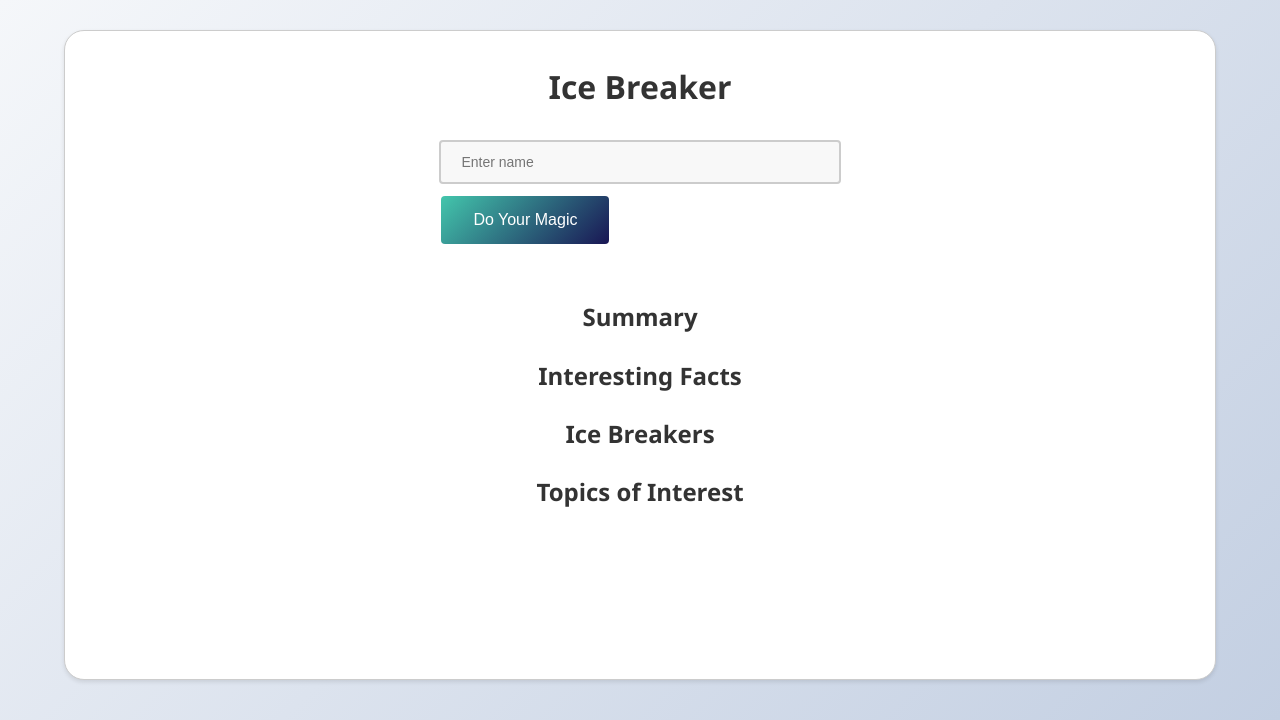
Repository: kunal02kb/Minor-Project-LangCahin
Page: http://localhost/
The author's editor kept a copy of each file at every save. The page is drawn from the files as they stood at one save, then again after the next save.
The browser window is 1280 px wide. The pictures show the whole page.
Some web libraries are served in a nearby version. The page is served by the project's application, run on Flask 3 (app.py).

Above is the page before, as saved 2023-09-27 08:30:08.

After the next save:
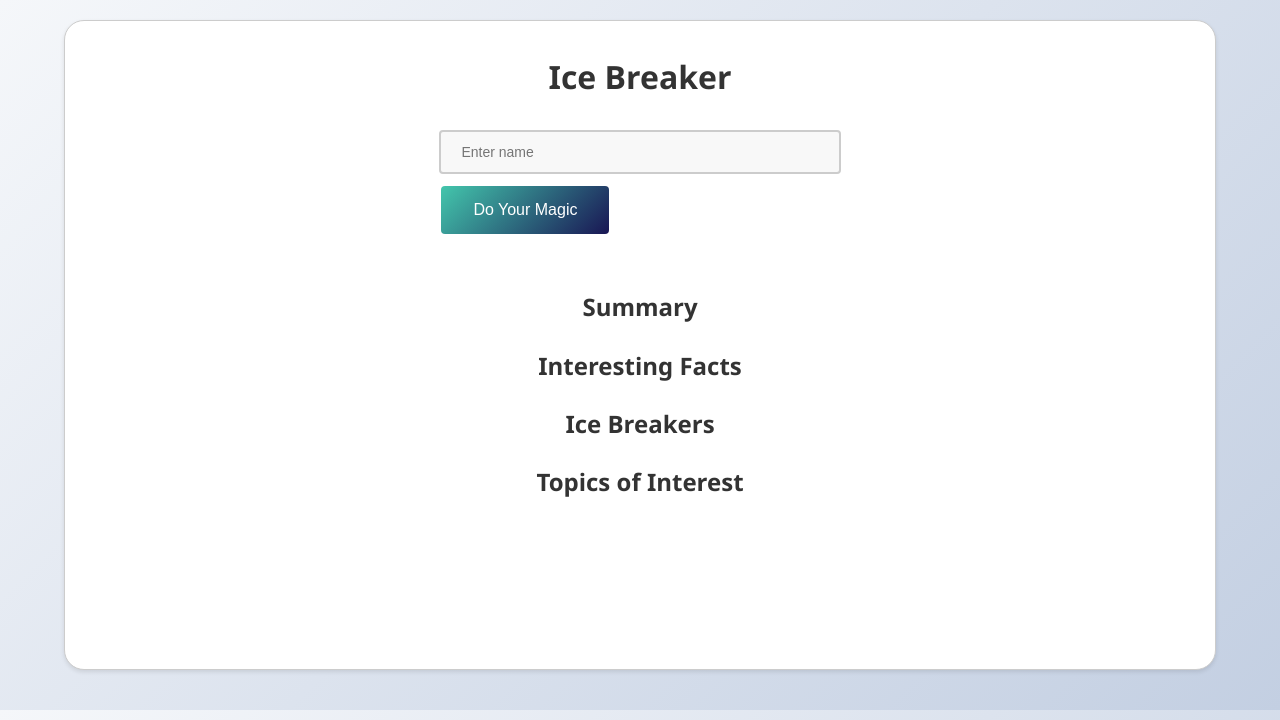
Saved 10 s later.
--- a/static/css/style.css
+++ b/static/css/style.css
@@ -17,7 +17,7 @@ body {
 .container {
     width: 90%;
     min-height: 650px;
-    margin: 30px auto;
+    margin: 20px auto;
     padding: 30px;
     background-color: #ffffff;
     box-shadow: 0 2px 4px rgba(0, 0, 0, 0.1);
